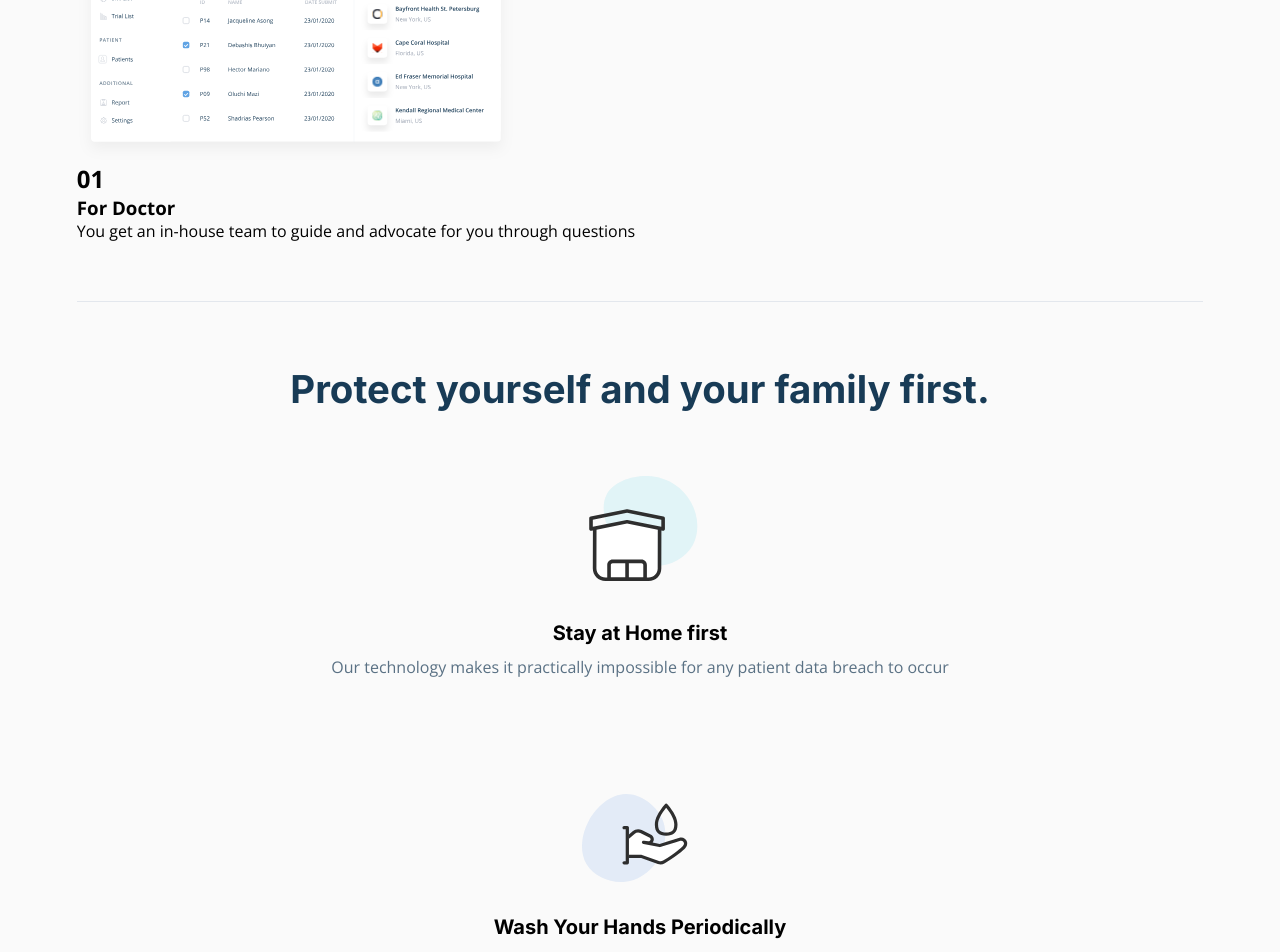
Repository: Esttevo/prova-html-css
Page: index.html
The author's editor kept a copy of each file at every save. The page is drawn from the files as they stood at one save, then again after a run of saves.
The browser window is 1280 px wide. The pictures show the part of the page from y = 1191 to 2143 px (the page is 6165 px tall before and 6245 px after).
A picture or video elsewhere on the page could not be fetched, so the positions and the page height are approximate.

Above is the page before, as saved 2026-09-01 14:49:52.

### index.html
<!DOCTYPE html>
<html lang="en">
<head>
    <meta charset="UTF-8">
    <meta name="viewport" content="width=device-width, initial-scale=1.0">
    <title>Document</title>
    <link rel="stylesheet" href="style.css">
</head>
<body>
    <header>
        <img id="header-logo" src="img/icons/Logo.svg" alt="Logo escrita EHYA">

        <nav id="header-nav">
            <a class="no-chevron" href="#">Home</a>
            <a class="with-chevron" href="#">
                Landings
                <img src="img/icons/icon-chevron-down.svg" alt="indica que possui uma lista ao clicar">
            </a>
            <a class="with-chevron" href="#">
                Pages
                <img src="img/icons/icon-chevron-down.svg" alt="indica que possui uma lista ao clicar">
            </a>
            <a href="#">Docs</a>
            <a href="#">Help</a>
            <button>Get it now</button>
        </nav>

        <img src="img/icons/icon-menu-hamburger.svg" alt="Menu hamburger">
    </header>

    <main>
        <section id="section-hero">
            <div id="hero-text">
                <div id="bar-text">
                    <div class="estilization-bar"> a</div>

                    <h4>
                        Changing the way you
                        go to healthcare
                    </h4>
                </div>

                <h1>
                    Primary Care
                    Designed for
                    Real Life
                </h1>

                <p>
                Discuss patients, share notes and documents in a secure manner and be part of a network of health professionals ready to
                collaborate better.
                </p>

                <form id="form-hero" action="#">
                    <input id="text-write" type="text" placeholder="name@youremail.com">
                    <input id="button" type="submit" value="Subscribe">
                </form>
            </div>
            <img src="img/image-hero.png" alt="4 medicos sorrindo e uma medica sobrepondo os 4">
        </section>

        <section id="section-connect">
            <div id="connect-title-subtitle">
                <h2>
                    Connect easily. Collaborate efficiently.
                </h2>

                 <p>
                    Rather than do things the
                    ypical way, we’ve created
                    a membership-based primary
                    care practice truly designed
                    around your needs.
                </p>
            </div>

           <img src="img/Dashboard.svg" alt="dashboard de exemplo de um sistema de agendamento">

           <div id="cards-advantages">
                <div id="card-advantages-doctor">
                     <h2>01</h2>
                     <h3>For Doctor</h3>
                     <p>
                         You get an in-house
                         team to guide and advocate
                         for you through questions
                     </p>
                </div>

                <div id="second-card-advantages">
                     <h2>02</h2>
                     <h3>For Patient</h3>
                     <p>
                         You get an in-house
                         team to guide and advocate
                         for you through questions
                     </p>
                </div>

                <div id="third-card-advantages">
                     <h2>03</h2>
                     <h3>For Clinician</h3>
                     <p>
                         You get an in-house
                         team to guide and advocate
                         for you through questions
                     </p>
                </div>
            </div>
        </section>

        <section id="section-protect">
            <h2>
                Protect yourself and your family first.
            </h2>

            <div id="protect-content-tips">
                <div class="content-tips-card">
                    <img src="img/icons/icon-house.svg" alt="Casa">

                    <h3>
                        Stay at Home first
                    </h3>

                    <p>
                        Our technology makes
                        it practically impossible
                        for any patient data breach to occur
                    </p>
                </div>

                <div class="content-tips-card">
                    <img src="img/icons/icon-hand.svg" alt="Lavando a mao">

                    <h3>
                        Wash Your Hands Periodically
                    </h3>

                    <p>
                        You can talk freely and confidently
                        about patients with other health professionals
                         treating them
                    </p>
                </div>

                <div class="content-tips-card">
                    <img src="img/icons/icon-remedy.svg" alt="pilula de remedio">

                    <h3>
                        Consume more Vitamin C
                    </h3>

                    <p>
                        A more fluid communication reduces
                        the risk of errors and enhances your
                        protection from a forensic point of view
                    </p>
                </div>

                <div class="content-tips-card">
                    <img src="img/icons/icon-medicament.svg" alt="Caixa de remedio">

                    <h3>
                        Always Use Hand Sanitizer
                    </h3>

                    <p>
                        Organize your communications
                        by patients, by securely sharing
                        messages, photos and documents
                        with colleagues.
                    </p>
                </div>
            </div>
        </section>

        <section id="section-modern">
            <h2>
                Modern clinics.
                Smart, hassle
                -free care.
            </h2>

            <div id="first-and-second-content">
                <div class="modern-content-img-text">
                    <img src="img/image-medic.svg" alt="equipamentos de medico">
                    <h3>
                        Consume more Vitamin C
                    </h3>

                    <p>
                        A more fluid communication reduces
                        the risk of errors and enhances your
                        protection from a forensic point of view
                    </p>
                </div>

                <div class="modern-content-img-text">
                    <img src="img/image-kid.png" alt="Criança caminhando de mão dada">
                    <h3>
                        Wash Your Hands Periodically
                    </h3>

                    <p>
                        You can talk freely and confidently
                        about patients with other health professionals
                         treating them
                    </p>
                </div>
            </div>

            <div id="third-and-fourth-content">
                <div class="modern-content-img-text">
                    <img src="img/image-dog.png" alt="cachorro tomando agua no colo">
                    <h3>
                        Always Use Hand Sanitizer
                    </h3>

                    <p>
                        Organize your communications
                        by patients, by securely sharing
                        messages, photos and documents
                        with colleagues.
                    </p>
                </div>
            </div>
        </section>

        <section id="section-health">
            <div class="health-content-text">
                <div class="estilization-bar"></div>

                <h2>
                     Track Your Health
                     History Periodically
                </h2>

                <p>
                 A more fluid communication reduces
                 the risk of errors and enhances your
                 protection from a forensic
                 point of view
                </p>

                <div id="learn-more">
                     <p>LEARN MORE</p>
                     <img src="img/icons/icon-arrow-right.svg" alt="seta para a direita, clique para ler mais">
                </div>
            </div>

           <img id="image-mobile" src="img/image-health-mobile.svg" alt="iphone em um site de localização de hospitais com mapa e busca">
            <img id="image-desktop" src="img/image-health-desktop.svg" alt="iphone em um site de localização de hospitais com mapa e busca">
           <div id="count-pages">
                <p>1/4 screen</p>

                <div id="img-arrow">
                    <img src="img/icons/icon-button-left.svg" alt="botão para tela da esquerda">
                    <img src="img/icons/icon-button-right.svg" alt="botão para tela da direita">
                </div>
           </div>
        </section>

        <section id="section-resources">
            <article class="selected-resources-card">
                <img src="img/icons/icon-docs.png" alt="simbolo de documento">

                <h3>Stay at Home first</h3>

                <p>
                    A more fluid communication
                    reduces the risk of errors.
                </p>

                <a href="#">
                    READ ARTICLE
                </a>
            </article>

            <article class="resources-card">
                <img src="img/icons/icon-docs.png" alt="simbolo de documento">

                <h3>
                    Wash Your Hands
                </h3>

                <p>
                    A more fluid communication
                    reduces the risk of errors.
                </p>

                <a href="#">
                    READ ARTICLE
                </a>
            </article>

            <article class="resources-card">
                <img src="img/icons/icon-docs.png" alt="simbolo de documento">

                <h3>Use Hand Sanitizer</h3>

                <p>
                    A more fluid communication
                    reduces the risk of errors.
                </p>

                <a href="#">
                    READ ARTICLE
                </a>
            </article>

            <article class="resources-card">
                <img src="img/icons/icon-docs.png" alt="simbolo de documento">

                <h3>Consume Vitamin C</h3>

                <p>
                    A more fluid communication
                    reduces the risk of errors.
                </p>

                <a href="#">
                    READ ARTICLE
                </a>
            </article>
        </section>

        <section id="section-updates">
            <h2>be the first to know our updates</h2>

            <form action="#">
                <input  type="text" id="name" name="name" placeholder="&#xF007; Teste">
                <input  type="text" id="name" name="name" placeholder="&#xF007; Teste">
                <input type="submit" value="Subscribe Us">
            </form>
        </section>
    </main>

    <footer id="footer">
        <div id="footer-content-nav">
            <nav class="nav-footer">
                <a class="nav-title" href="#">Product</a>
                <a class="nav-item" href="#">Landingpage</a>
                <a class="nav-item" href="#">Features</a>
                <a class="nav-item" href="#">Documentation</a>
                <a class="nav-item" href="#">Referral Program</a>
                <a class="nav-item" href="#">Pricing</a>
            </nav>

            <nav class="nav-footer">
                <a class="nav-title" href="#">Services</a>
                <a class="nav-item" href="#">Documentation</a>
                <a class="nav-item" href="#">Design</a>
                <a class="nav-item" href="#">Themes</a>
                <a class="nav-item" href="#">Illustrations</a>
                <a class="nav-item" href="#">UI Kit</a>
            </nav>

            <nav class="nav-footer">
                <a class="nav-title" href="#">Company</a>
                <a class="nav-item" href="#">About</a>
                <a class="nav-item" href="#">Terms</a>
                <a class="nav-item" href="#">Privacy Policy</a>
                <a class="nav-item" href="#">Careers</a>
            </nav>

            <nav class="nav-footer">
                <a class="nav-title" href="#">More</a>
                <a class="nav-item" href="#">Documentation</a>
                <a class="nav-item" href="#">License</a>
                <a class="nav-item" href="#">Changelog</a>
            </nav>
        </div>

        <img src="img/icons/Logo.svg" alt="simbolo de logo">

        <p>Build a modern and creative website with crealand</p>

        <div id="icons-footer">
            <img src="img/icons/Icon-google.svg" alt="icone redirecionamento google">
            <img src="img/icons/icon-email.svg" alt="icone redirecionamento email">
            <img src="img/icons/icon-instagram.svg" alt="icone redirecionamento instagram">
            <img src="img/icons/icon-linkedin.svg" alt="icone redirecionamento linkedIn">
        </div>
    </footer>
</body>
</html>

### style.css
@import url('https://fonts.googleapis.com/css2?family=Inter:ital,opsz,wght@0,14..32,100..900;1,14..32,100..900&display=swap');
@import url('https://fonts.googleapis.com/css2?family=Inter:ital,opsz,wght@0,14..32,100..900;1,14..32,100..900&family=Open+Sans:ital,wght@0,300..800;1,300..800&display=swap');

:root {
    --primary-background-color: #FAFAFA;
    --secundary-background-color: #FFFFFF;

    --primary-color: #1565D8;

    --primary-tittle-font-color: #183B56;

    --primary-subtittle-font-color: #5A7184;

    --primary-font-family: "Open Sans", sans-serif;
    --secundary-font-family: "Inter", sans-serif;

    --color-spacing: #E3E7ED;
}

* {
    margin: 0;
    padding: 0;
    text-decoration: none;
    box-sizing: border-box;
    overflow-x: hidden;
}

body {
    font-family: var(--primary-font-family);
    background-color: var(--primary-background-color);
}

header {
    display: flex;
    justify-content: space-between;
    padding: 1.2rem 1.5rem;

}

#header-nav {
    display: none;
}

#bar-text {
    display: flex;
    flex-direction: column;
    align-items: center;
    gap: 1rem;
    padding: 1.2rem 3rem;
}

.estilization-bar {
    background-color: #344563;;
    width: 14px;
    height: 2px;
}

#bar-text h4 {
    font-size: clamp(14px, 1vw, 30px);
    text-align: center;
    line-height: 150%;
    color: var(--primary-tittle-font-color);
}

#section-hero {
    display: flex;
    flex-direction: column;
    padding: 0 clamp(1.25rem, 6vw, 9rem);
}

#section-hero h1 {
    color: var(--primary-tittle-font-color);
    text-align: center;
    line-height: 125%;
    font-weight: 700;
    letter-spacing: 0.2;
    font-family: var(--secundary-font-family);
    padding: 0 1rem;
    font-size: clamp(32px, 5vw, 56px);
}

#section-hero p {
    color: var(--primary-subtittle-font-color);
    text-align: center;
    font-size: 1rem;
    padding-top: 1rem;
    line-height: 175%;
}

#section-hero form {
    display: flex;
    flex-direction: column;
    width: clamp(280px, 100%, 400px);
    padding: 2rem 0;
    justify-self: center;
}

#section-hero #text-write {
    height: 3.8rem;
    border: none;
    border-radius: 0.5rem;
    padding: 1rem;
    font-family: var(--primary-font-family);
}

#section-hero #button {
    background-color: var(--primary-color);
    border: none;
    font-size: var(--primary-font-family);
    color: #FFFFFF;
    border-radius: 0.5rem;
    padding: 0.5rem 0;
    height: 2.5rem;
}

#section-hero img {
    width: clamp(280px, 100%, 540px);
    align-self: center;
    padding-bottom: 3rem;
}

#section-connect {
    display: flex;
    flex-direction: column;
    padding: 0 clamp(1.25rem, 6vw, 9rem);

}

#connect-tittle-subtittle h2{
    border-top: 1px solid var(--color-spacing);
    color: var(--primary-tittle-font-color);
    text-align: center;
    padding: 1rem;
    padding-top: 3.7rem;
    line-height: 125%;
    font-family: var(--secundary-font-family);
}

#connect-tittle-subtittle p {
    color: var(--primary-subtittle-font-color);
    text-align: center;
    line-height: 175%;
    padding-bottom: 0.5rem;
}

#section-connect img {
    width: 438px;
    /* fica certo aos 498, nsei como fazer ainda*/
}

#cards-advantages {
    display: flex;
    flex-direction: column;
    padding-bottom: 3.7rem;
    border-bottom: 1px solid var(--color-spacing);
}

#first-card-advantages {
    display: flex;
    flex-direction: column;
    background-color: var(--secundary-background-color);
    padding: 1rem 1.5rem 1rem 1.5rem;
    border: 1px solid #F8F9FA;
    border-radius: 8px;

}

#first-card-advantages h2 {
    color: var(--primary-color);
    font-size: clamp(24px, 3vw, 48px);
    padding-bottom: 0.8rem;
}

#first-card-advantages h3 {
    font-family: var(--secundary-font-family);
    color: var(--primary-tittle-font-color);
    padding-bottom: 0.5rem;
}

#first-card-advantages p {
    color: var(--primary-subtittle-font-color);
}

#second-card-advantages {
    display: none;
}

#third-card-advantages {
    display: none;
}

#section-protect {
    display: flex;
    flex-direction: column;
    align-content: center;
    padding: 0 clamp(1.25rem, 6vw, 9rem);

}

#section-protect h2  {
    font-family: var(--secundary-font-family);
    font-size: clamp(24px, 3vw, 48px);
    color: var(--primary-tittle-font-color);
    padding-bottom: 2rem;
    padding-top: 4rem;
    text-align: center;
    letter-spacing: 0.2;
    font-weight: 700;
}

#protect-content-tips {
    display: flex;
    flex-direction: column;
}

.content-tips-card {
    display: flex;
    flex-direction: column;
    align-items: center;
    padding-bottom: 5rem;
}

.content-tips-card img {
    width: clamp(82px, 9vw, 130px);
    align-self: center;
    margin: 2rem;
}

.content-tips-card h3 {
    font-family: var(--secundary-font-family);
    font-size: clamp(16px, 3vw, 20px);
}
.content-tips-card p {
    color: var(--primary-subtittle-font-color);
    text-align: center;
    padding-top: 0.6rem;
    line-height: 170%;
}

#section-modern {
    display: flex;
    flex-direction: column;
    padding: 0 clamp(1.25rem, 6vw, 9rem);
}

#section-modern h2 {
    color: var(--primary-tittle-font-color);
    padding-left: 1rem;
    padding-right: 1rem;
    padding-top: 4.5rem;
    border-top: 1px solid var(--color-spacing);
    font-size: clamp(28px, 5vw, 48px);
    text-align: center;
    line-height: 130%;
}

.modern-content-img-text {
    display: flex;
    flex-direction: column;
    justify-content: center;
    align-items: center;

    padding-top: 3.5rem;
}

.modern-content-img-text h3 {
    color: var(--primary-tittle-font-color);
    padding-top: 1.8rem;
    padding-bottom: 14px;
    font-size: clamp(22px, 2vw, 24px);
}

.modern-content-img-text p {
    color: var(--primary-tittle-font-color);
   font-size: clamp(14px, 2vw, 16px);
    line-height: 170%;
    text-align: center;
}

After the next 2 saves:
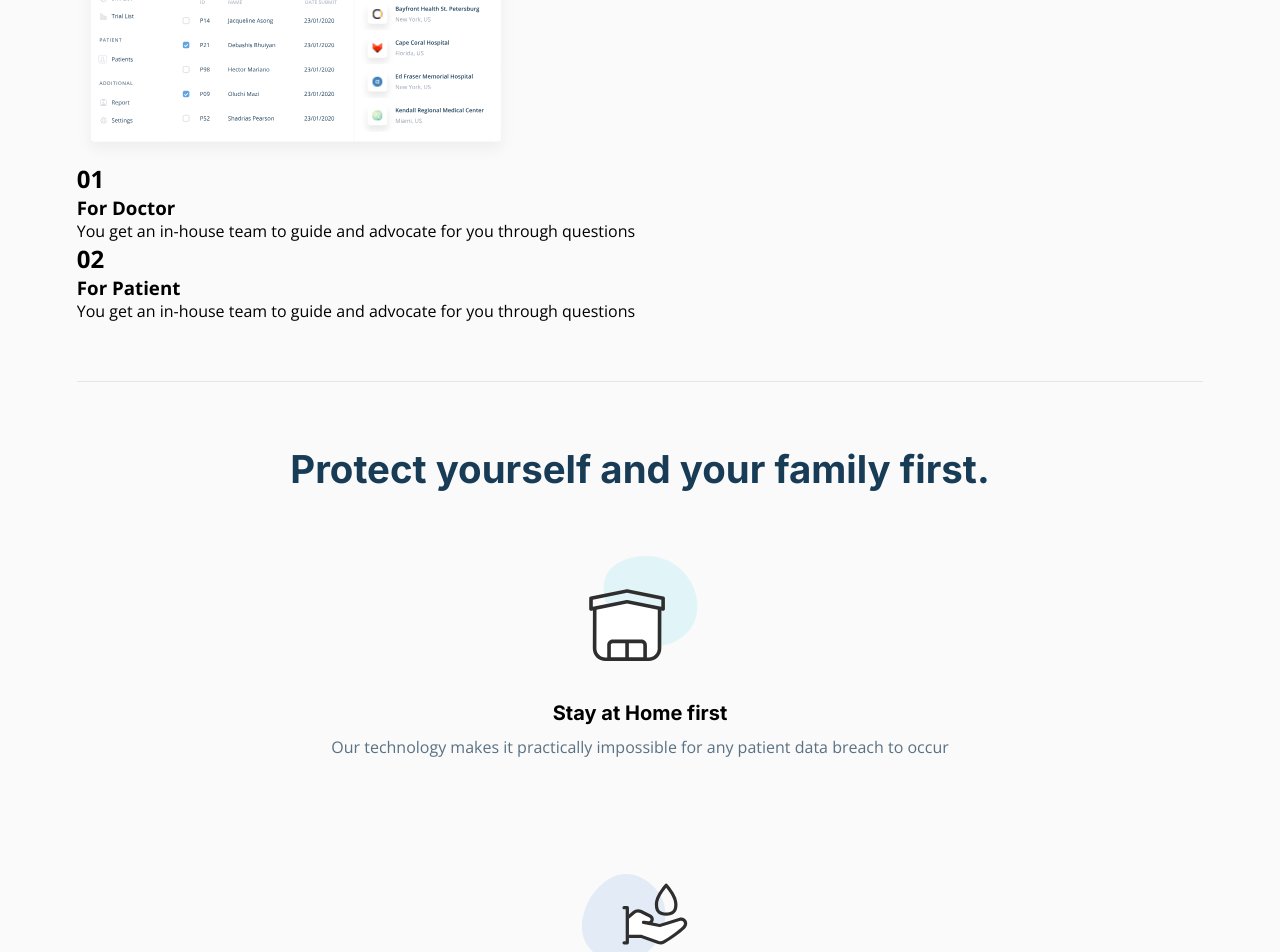
The 2 saves are shown as one change because they came seconds apart.
The last was saved 7 s later.
--- a/index.html
+++ b/index.html
@@ -87,7 +87,7 @@
                      </p>
                 </div>
 
-                <div id="second-card-advantages">
+                <div id="card-advantages-patient">
                      <h2>02</h2>
                      <h3>For Patient</h3>
                      <p>
